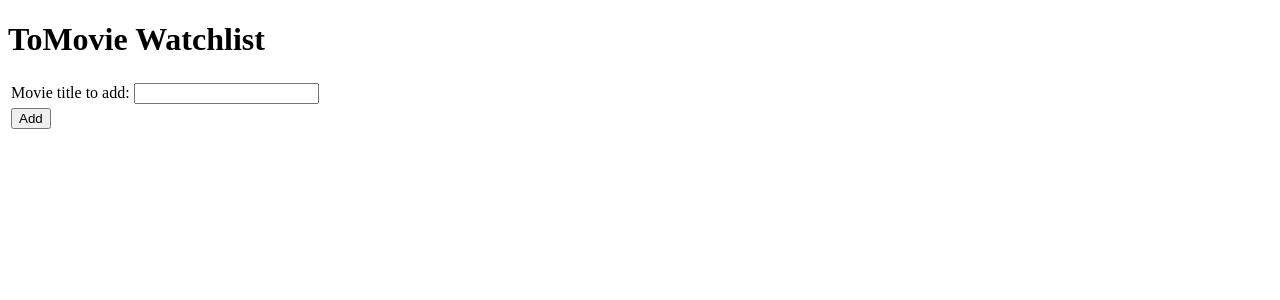
Repository: dannie-su-sjsu/CS157A-team6
Page: http://localhost/ToMovie/movie.jsp
An editor plug-in stored every save of this project. The page is shown before and after the next save, followed by the edit.
The browser window is 1280 px wide. The pictures show the whole page.
The page is served by Tomcat 9.

Above is the page before, as saved 2023-07-16 00:46:38.

After the next save:
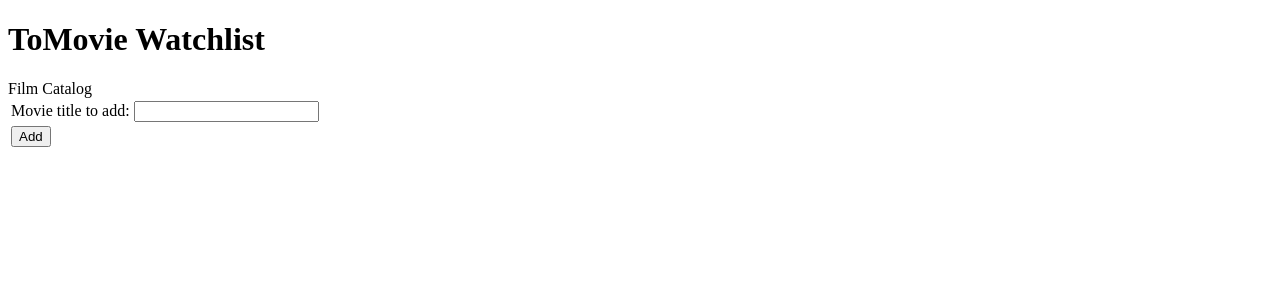
Saved 88 s later.
--- a/ToMovie/src/main/webapp/movie.jsp
+++ b/ToMovie/src/main/webapp/movie.jsp
@@ -11,6 +11,8 @@
 <div align = left>
 <h1>ToMovie Watchlist</h1>
 </div>
+Film Catalog
+
 <form action ="MovieServlet" method="post">
 <table>
 <tr><td> Movie title to add: </td><td><input type = text name = title></td></tr>
